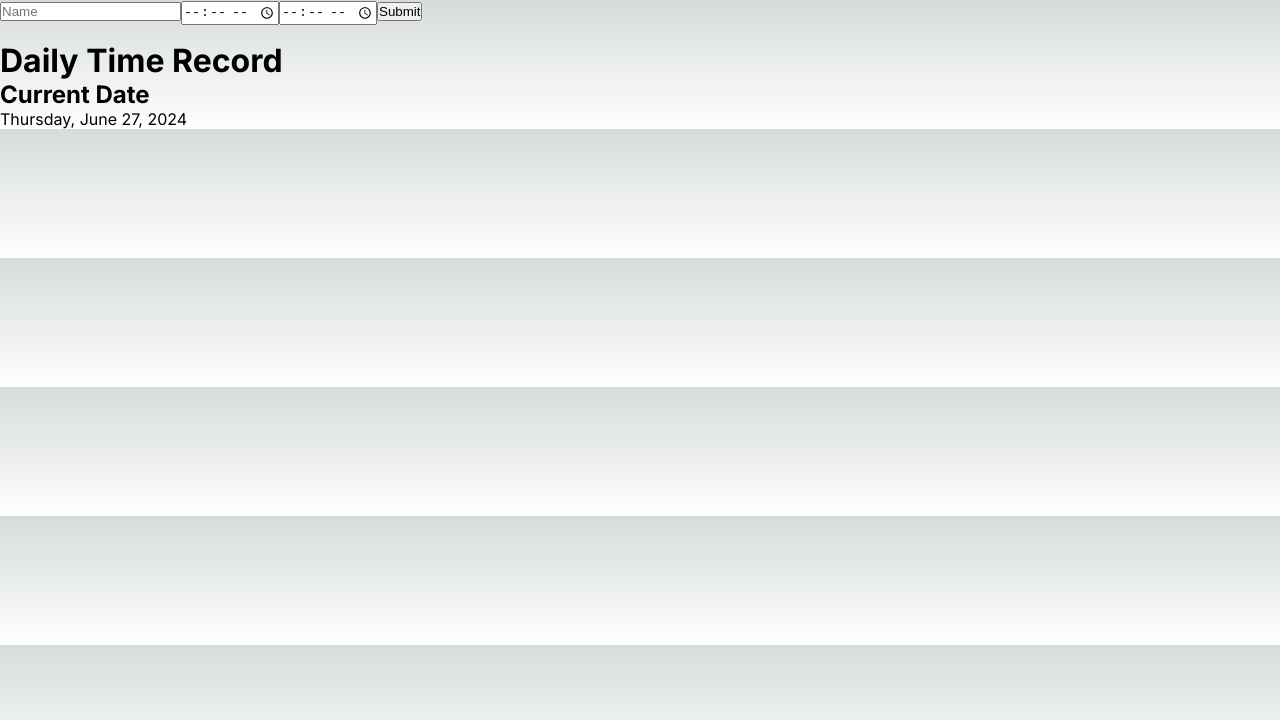
Repository: EeeeeEyyyy/daily_time_record
Page: /
An editor plug-in stored every save of this project. The page is shown before and after the next save, followed by the edit.
The browser window is 1280 px wide. The pictures show the whole page.
The project was rebuilt for these pictures with package versions that can differ from the ones it lists, and the page was loaded fresh each time. The framework's server and built-in components were replaced by stand-ins that run in the browser. Also part of the build but not shown: next.config.mjs.

Above is the page before, as saved 2024-06-27 13:51:01.

### src/app/layout.js
import { Inter } from "next/font/google";
import "./globals.css";

const inter = Inter({ subsets: ["latin"] });

export const metadata = {
  title: "Daily Time Record",
  description: "Generated by create next app",
};

export default function RootLayout({ children }) {
  return (
    <html lang="en">
      <body className={inter.className}>{children}</body>
    </html>
  );
}

### src/app/page.js
"use client";

import React, { useEffect, useState } from 'react';

const DailyTimeRecord = () => {
  const [data, setData] = useState([]);
  const [name, setName] = useState('');
  const [arrivalTime, setArrivalTime] = useState('');
  const [timeOut, setTimeOut] = useState('');
  const [date, setDate] = useState('');

  useEffect(() => {
    const storedData = JSON.parse(localStorage.getItem('user')) || [];
    setData(storedData);
    setDate(getCurrentDate());
  }, []);

  const getCurrentDate = () => {
    const now = new Date();
    return now.toLocaleDateString('en-US', {
      weekday: 'long',
      year: 'numeric',
      month: 'long',
      day: 'numeric'
    });
  };

  const formatTime = (time) => {
    const [hour, minute] = time.split(':');
    const hourInt = parseInt(hour);
    const ampm = hourInt >= 12 ? 'PM' : 'AM';
    const formattedHour = hourInt % 12 || 12;
    return `${formattedHour}:${minute} ${ampm}`;
  };

  const handleChangeName = (value) => {
    setName(value);
  };

  const handleChangeArrivalTime = (value) => {
    setArrivalTime(value);
  };

  const handleChangeTimeOut = (value) => {
    setTimeOut(value);
  };

  const handleSubmit = () => {
    if (name && arrivalTime && timeOut) {
      const payload = {
        name,
        date,
        arrivalTime: formatTime(arrivalTime),
        timeOut: formatTime(timeOut)
      };

      const updatedData = [...data, payload];
      setData(updatedData);
      localStorage.setItem('user', JSON.stringify(updatedData));

      // Clear the input fields
      setName('');
      setArrivalTime('');
      setTimeOut('');
    } else {
      console.log("Please fill in all fields");
    }
  };

  return (
    <div>
      <input
        type="text"
        placeholder="Name"
        value={name}
        onChange={(e) => handleChangeName(e.target.value)}
      />
      <input
        type="time"
        placeholder="Time of Arrival"
        value={arrivalTime}
        onChange={(e) => handleChangeArrivalTime(e.target.value)}
      />
      <input
        type="time"
        placeholder="Time Out"
        value={timeOut}
        onChange={(e) => handleChangeTimeOut(e.target.value)}
      />
      <button onClick={handleSubmit}>Submit</button>

      <div style={{ marginTop: '1rem' }}>
        <h1>Daily Time Record</h1>
        {data.length > 0 && (
          <div>
            {data.map((item, index) => (
              <pre style={{ color: 'red', marginBottom: '1rem' }} key={index}>
                Name: {item.name}<br />
                Date: {item.date}<br />
                Time of Arrival: {item.arrivalTime}<br />
                Time Out: {item.timeOut}
              </pre>
            ))}
          </div>
        )}
        <h2>Current Date</h2>
        <p>{date}</p>
      </div>
    </div>
  );
};

export default DailyTimeRecord;

Loaded but not shown: src/app/globals.css (common file)

After the next save:
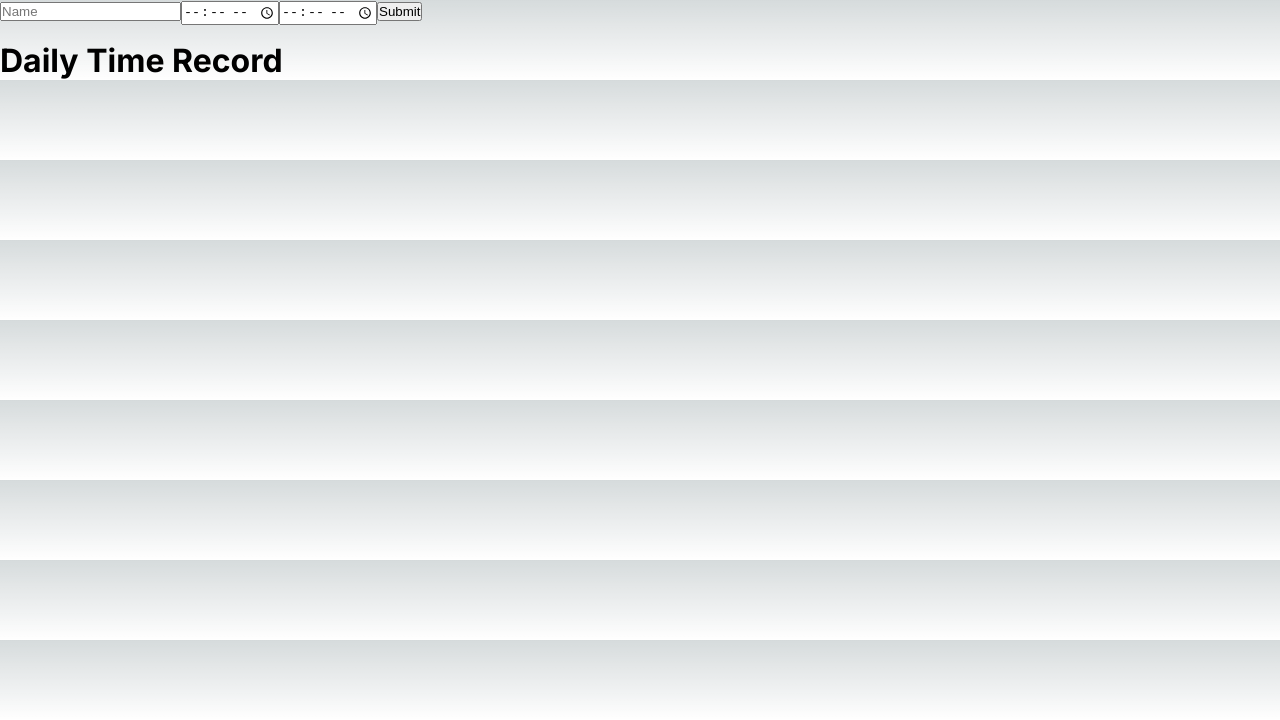
Saved 50 s later.
--- a/src/app/page.js
+++ b/src/app/page.js
@@ -93,6 +93,8 @@ const DailyTimeRecord = () => {
         <h1>Daily Time Record</h1>
         {data.length > 0 && (
           <div>
+                    <h2>Current Date</h2>
+        <p>{date}</p>
             {data.map((item, index) => (
               <pre style={{ color: 'red', marginBottom: '1rem' }} key={index}>
                 Name: {item.name}<br />
@@ -103,8 +105,6 @@ const DailyTimeRecord = () => {
             ))}
           </div>
         )}
-        <h2>Current Date</h2>
-        <p>{date}</p>
       </div>
     </div>
   );
